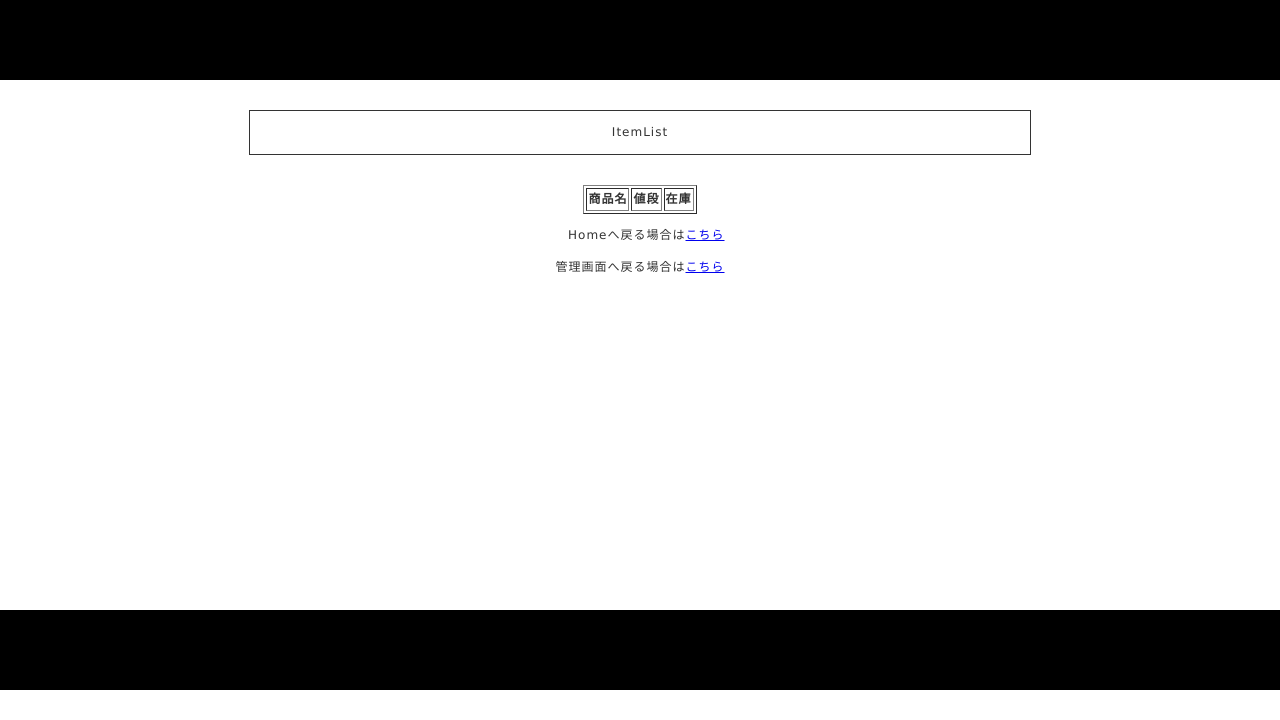
Repository: xiezom/test
Page: http://localhost/ecsite/ItemListAction.action
These files come from the project's save history. The page is drawn as it stood at one moment and after the next save; the edit follows.
The browser window is 1280 px wide. The pictures show the whole page.
The page is served by Tomcat 9. Queries for data that is not in the repository find no rows.

Above is the page before, as saved 2019-03-13 06:48:55.

After the next save:
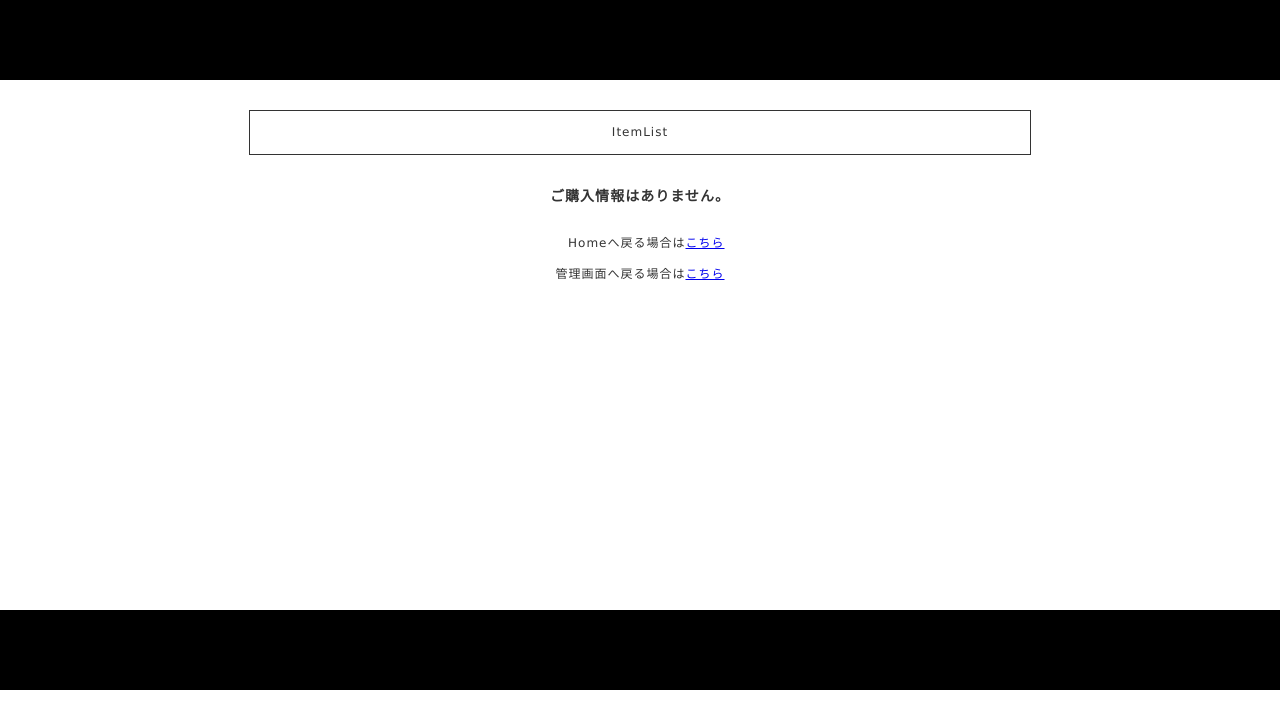
Saved 49 min 49 s later.
--- a/ecsite/WebContent/itemList.jsp
+++ b/ecsite/WebContent/itemList.jsp
@@ -73,9 +73,14 @@
 		<div class="top">
 			<p>ItemList</p>
 		</div>
-		<div>
-			<table border="1">
-				<tr>
+				<div>
+			<s:if test="myPageList == null">
+				<h3>ご購入情報はありません。</h3>
+			</s:if>
+			<s:elseif test="message == null">
+				<h3>ご購入情報は以下になります。</h3>
+				<table border="1">
+									<tr>
 					<th>商品名</th>
 					<th>値段</th>
 					<th>在庫</th>
@@ -89,6 +94,14 @@
 				</tr>
 				</s:iterator>
 			</table>
+				<s:form action="ItemListAction">
+					<input type="hidden" name="deleteFlg" value="1" />
+					<s:submit value="削除" method="delete" />
+				</s:form>
+			</s:elseif>
+			<s:if test="message != null">
+				<h3><s:property value="message"/></h3>
+			</s:if>
 			<div class="text-right">
 				<p>Homeへ戻る場合は<a href='<s:url action="GoHomeAction"/>'>こちら</a></p>
 				<p>管理画面へ戻る場合は<a href='<s:url action="AdminAction"/>'>こちら</a></p>
